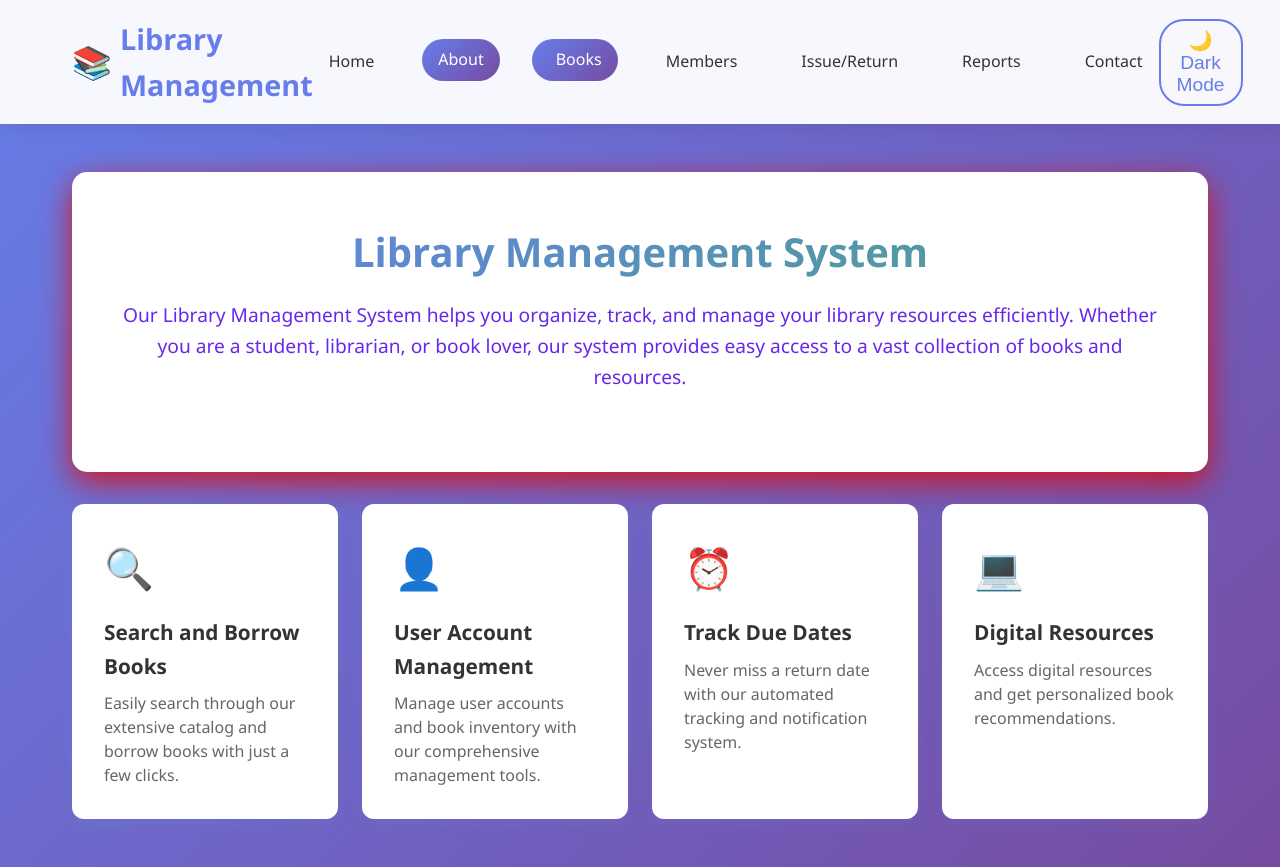
Repository: Manilamagar/learningnodejs
Page: http://localhost/
The author's editor kept a copy of each file at every save. The page is drawn from the files as they stood at one save, then again after a run of saves.
The browser window is 1280 px wide. The pictures show the whole page.
The page is served by the project's Node server (app.js).

Above is the page before, as saved 2025-05-28 12:54:06.
Console error: TypeError: Cannot read properties of null (reading 'addEventListener')

### views/home.ejs
<link rel="stylesheet" href="public/css/navigation.css">


<style>
    .main-content {
            max-width: 1200px;
            margin: 2rem auto;
            padding: 0 2rem;
        }

        .hero-section {
            background: white;
            padding: 3rem;
            border-radius: 15px;
            box-shadow: 0 10px 30px #e00909db;
            margin-bottom: 2rem;
            text-align: center;
        }

        body.dark-mode .hero-section {
            background: #eef1f2;
        }

        .hero-title {
            font-size: 2.5rem;
            margin-bottom: 1rem;
            background: linear-gradient(135deg, #667eea 0%, #4ba28c 100%);
            -webkit-background-clip: text;
            -webkit-text-fill-color: transparent;
            background-clip: text;
        }

        .hero-description {
            font-size: 1.2rem;
            color: #560ee6e4;
            line-height: 1.6;
            margin-bottom: 2rem;
        }

        body.dark-mode .hero-description {
            color: #de37c8e0;
        }

        .features-grid {
            display: grid;
            grid-template-columns: repeat(auto-fit, minmax(250px, 1fr));
            gap: 1.5rem;
            margin-top: 2rem;
        }

        .feature-card {
            background: white;
            padding: 2rem;
            border-radius: 12px;
            box-shadow: 0 5px 15px #74d0d514;
            transition: all 0.3s ease;
        }

        body.dark-mode .feature-card {
            background: #764ba2;
        }

        .feature-card:hover {
            transform: translateY(-5px);
            box-shadow: 0 15px 35px rgba(243, 240, 240, 0.15);
        }

        .feature-icon {
            font-size: 2.5rem;
            margin-bottom: 1rem;
            color: #667eea;
        }

        .feature-title {
            font-size: 1.3rem;
            font-weight: bold;
            margin-bottom: 0.5rem;
        }

        .feature-description {
            color: #666;
            line-height: 1.5;
        }

        body.dark-mode .feature-description {
            color: #ccc;
        }

        @media (max-width: 768px) {
            .mobile-toggle {
                display: block;
            }

            .nav-menu {
                position: absolute;
                top: 100%;
                left: 0;
                right: 0;
                background: linear-gradient(135deg, #667eea 0%, #764ba2 100%);
                flex-direction: column;
                padding: 1rem;
                transform: translateY(-100%);
                opacity: 0;
                visibility: hidden;
                transition: all 0.3s ease;
            }

            .nav-menu.active {
                transform: translateY(0);
                opacity: 1;
                visibility: visible;
            }

            .nav-container {
                position: relative;
            }

            .hero-title {
                font-size: 2rem;
            }

            .main-content {
                padding: 0 1rem;
            }

            .hero-section {
                padding: 2rem;
            }
        }
</style>








<%- include('Component/Navigation.ejs') %>
<main class="main-content">
        <section class="hero-section">
            <h1 class="hero-title">Library Management System</h1>
            <p class="hero-description">
                Our Library Management System helps you organize, track, and manage your library resources efficiently.
                Whether you are a student, librarian, or book lover, our system provides easy access to a vast collection of books and resources.
            </p>
        </section>

        <div class="features-grid">
            <div class="feature-card">
                <div class="feature-icon">🔍</div>
                <h3 class="feature-title">Search and Borrow Books</h3>
                <p class="feature-description">Easily search through our extensive catalog and borrow books with just a few clicks.</p>
            </div>

            <div class="feature-card">
                <div class="feature-icon">👤</div>
                <h3 class="feature-title">User Account Management</h3>
                <p class="feature-description">Manage user accounts and book inventory with our comprehensive management tools.</p>
            </div>

            <div class="feature-card">
                <div class="feature-icon">⏰</div>
                <h3 class="feature-title">Track Due Dates</h3>
                <p class="feature-description">Never miss a return date with our automated tracking and notification system.</p>
            </div>

            <div class="feature-card">
                <div class="feature-icon">💻</div>
                <h3 class="feature-title">Digital Resources</h3>
                <p class="feature-description">Access digital resources and get personalized book recommendations.</p>
            </div>
        </div>
    </main>

    <script>
        // Theme toggle functionality
        const themeToggle = document.getElementById('themeToggle');
        const body = document.body;
        const themeIcon = themeToggle.querySelector('i');

        themeToggle.addEventListener('click', () => {
            body.classList.toggle('dark-mode');

            if (body.classList.contains('dark-mode')) {
                themeIcon.className = 'fas fa-sun';
                localStorage.setItem('theme', 'dark');
            } else {
                themeIcon.className = 'fas fa-moon';
                localStorage.setItem('theme', 'light');
            }
        });

        // Load saved theme
        const savedTheme = localStorage.getItem('theme');
        if (savedTheme === 'dark') {
            body.classList.add('dark-mode');
            themeIcon.className = 'fas fa-sun';
        }

        // Mobile menu toggle
        const mobileToggle = document.getElementById('mobileToggle');
        const navMenu = document.getElementById('navMenu');

        mobileToggle.addEventListener('click', () => {
            navMenu.classList.toggle('active');
        });

        // Navigation link active state
        const navLinks = document.querySelectorAll('.nav-link');

        navLinks.forEach(link => {
            link.addEventListener('click', (e) => {
                e.preventDefault();

                // Remove active class from all links
                navLinks.forEach(l => l.classList.remove('active'));

                // Add active class to clicked link
                link.classList.add('active');

                // Close mobile menu if open
                navMenu.classList.remove('active');
            });
        });
    </script>

### views/Component/Navigation.ejs

   <style>
        * {
            margin: 0;
            padding: 0;
            box-sizing: border-box;
        }

        body {
            font-family: 'Segoe UI', Tahoma, Geneva, Verdana, sans-serif;
            line-height: 1.6;
            color: #333;
            background: linear-gradient(135deg, #667eea 0%, #764ba2 100%);
            min-height: 100vh;
        }

        /* Navigation Bar */
        .navbar {
            background: rgba(255, 255, 255, 0.95);
            backdrop-filter: blur(10px);
            padding: 1rem 0;
            box-shadow: 0 2px 20px rgba(0, 0, 0, 0.1);
            position: sticky;
            top: 0;
            z-index: 1000;
        }

        .nav-container {
            max-width: 1200px;
            margin: 0 auto;
            display: flex;
            justify-content: space-between;
            align-items: center;
            padding: 0 2rem;
        }

        .logo {
            font-size: 1.8rem;
            font-weight: bold;
            color: #667eea;
            text-decoration: none;
            display: flex;
            align-items: center;
            gap: 0.5rem;
        }

        .logo::before {
            content: "📚";
            font-size: 2rem;
        }

        .nav-links {
            display: flex;
            list-style: none;
            gap: 2rem;
            align-items: center;
        }

        .nav-links a {
            text-decoration: none;
            color: #333;
            font-weight: 500;
            padding: 0.5rem 1rem;
            border-radius: 25px;
            transition: all 0.3s ease;
            position: relative;
        }

        .nav-links a:hover {
            background: linear-gradient(135deg, #667eea, #764ba2);
            color: white;
            transform: translateY(-2px);
        }

        .nav-links a.active {
            background: linear-gradient(135deg, #667eea, #764ba2);
            color: white;
        }

        .theme-toggle {
            background: none;
            border: 2px solid #667eea;
            color: #667eea;
            padding: 0.5rem 1rem;
            border-radius: 25px;
            cursor: pointer;
            font-weight: 500;
            transition: all 0.3s ease;
        }

        .theme-toggle:hover {
            background: #667eea;
            color: white;
        }

        /* Mobile Menu */
        .mobile-menu {
            display: none;
            flex-direction: column;
            cursor: pointer;
        }

        .mobile-menu span {
            width: 25px;
            height: 3px;
            background: #333;
            margin: 3px 0;
            border-radius: 2px;
            transition: 0.3s;
        }

        /* Main Content */
        .main-content {
            max-width: 1200px;
            margin: 0 auto;
            padding: 3rem 2rem;
        }

 </style>



   <!-- Navigation Bar -->
    <nav class="navbar">
        <div class="nav-container">
            <a href="#" class="logo">Library Management</a>

            <ul class="nav-links">
                <li><a href="#" class="">Home</a></li>
                <li><a href="/about" class="nav-link active">About</a></li>
                <li><a href="/books" class="nav-link active"> <i class="fas fa-home"></i>Books</a></li>
                <li><a href="/members"> <i class="fas fa-home"></i>Members</a></li>
                <li><a href="/issue"> <i class="fas fa-home"></i>Issue/Return</a></li>
                <li><a href="/reports"> <i class="fas fa-home"></i>Reports</a></li>
                <li><a href="/contact"> <i class="fas fa-home"></i>Contact</a></li>
            </ul>

            <button class="theme-toggle" id="themeToggle">🌙 Dark Mode</button>

            <div class="mobile-menu" id="mobileMenu">
                <span></span>
                <span></span>
                <span></span>
            </div>
        </div>
    </nav>

### app.js
const express = require ("express")
const app = express()
// const app =require ("express")
app.set ("view engine","ejs")


app.get("/",function(req,res){
    res.render("home")
})
app.get("/about", function(req,res){
res.render("about")
})
app.get("/Navigaion", function(req,res){
    res.render("Components/Navigaion")
})
app.get("/contact",function(req,res){
    res.render("contact")
})


app.listen(3000,function(){
    console.log("Backend has started on port 3000")
})

### public/css/navigation.css
.navbar {
            background: linear-gradient(135deg, #667eea 0%, #764ba2 100%);
            padding: 1rem 2rem;
            box-shadow: 0 4px 6px rgba(0, 0, 0, 0.1);
            position: sticky;
            top: 0;
            z-index: 1000;
        }

        .nav-container {
            display: flex;
            justify-content: space-between;
            align-items: center;
            max-width: 1200px;
            margin: 0 auto;
        }

        .logo {
            display: flex;
            align-items: center;
            font-size: 1.5rem;
            font-weight: bold;
            color: white;
            text-decoration: none;
        }

        .logo-icon {
            margin-right: 0.5rem;
            font-size: 1.8rem;
        }

        .nav-menu {
            display: flex;
            list-style: none;
            gap: 0.5rem;
        }

        .nav-item {
            position: relative;
        }

        .nav-link {
            display: flex;
            align-items: center;
            padding: 0.75rem 1.25rem;
            color: white;
            text-decoration: none;
            border-radius: 8px;
            transition: all 0.3s ease;
            font-weight: 500;
        }

        .nav-link:hover, .nav-link.active {
            background-color: rgba(255, 255, 255, 0.2);
            transform: translateY(-2px);
        }

        .nav-link i {
            margin-right: 0.5rem;
            font-size: 1.1rem;
        }

        .nav-controls {
            display: flex;
            align-items: center;
            gap: 1rem;
        }

        .theme-toggle {
            background: rgba(255, 255, 255, 0.2);
            border: none;
            color: white;
            padding: 0.5rem;
            border-radius: 50%;
            cursor: pointer;
            transition: all 0.3s ease;
            font-size: 1.2rem;
        }

        .theme-toggle:hover {
            background: rgba(255, 255, 255, 0.3);
            transform: rotate(180deg);
        }

        .mobile-toggle {
            display: none;
            background: none;
            border: none;
            color: white;
            font-size: 1.5rem;
            cursor: pointer;
        }

        .main-content {
            max-width: 1200px;
            margin: 2rem auto;
            padding: 0 2rem;
        }

        .hero-section {
            background: white;
            padding: 3rem;
            border-radius: 15px;
            box-shadow: 0 10px 30px rgba(0, 0, 0, 0.1);
            margin-bottom: 2rem;
            text-align: center;
        }

        body.dark-mode .hero-section {
            background: #2a2a2a;
        }

        .hero-title {
            font-size: 2.5rem;
            margin-bottom: 1rem;
            background: linear-gradient(135deg, #667eea 0%, #764ba2 100%);
            -webkit-background-clip: text;
            -webkit-text-fill-color: transparent;
            background-clip: text;
        }

        .hero-description {
            font-size: 1.2rem;
            color: #666;
            line-height: 1.6;
            margin-bottom: 2rem;
        }

        body.dark-mode .hero-description {
            color: #ccc;
        }

        .features-grid {
            display: grid;
            grid-template-columns: repeat(auto-fit, minmax(250px, 1fr));
            gap: 1.5rem;
            margin-top: 2rem;
        }

        .feature-card {
            background: white;
            padding: 2rem;
            border-radius: 12px;
            box-shadow: 0 5px 15px rgba(0, 0, 0, 0.08);
            transition: all 0.3s ease;
        }

        body.dark-mode .feature-card {
            background: #2a2a2a;
        }

        .feature-card:hover {
            transform: translateY(-5px);
            box-shadow: 0 15px 35px rgba(0, 0, 0, 0.15);
        }

        .feature-icon {
            font-size: 2.5rem;
            margin-bottom: 1rem;
            color: #667eea;
        }

        .feature-title {
            font-size: 1.3rem;
            font-weight: bold;
            margin-bottom: 0.5rem;
        }

        .feature-description {
            color: #666;
            line-height: 1.5;
        }

        body.dark-mode .feature-description {
            color: #ccc;
        }

        @media (max-width: 768px) {
            .mobile-toggle {
                display: block;
            }

            .nav-menu {
                position: absolute;
                top: 100%;
                left: 0;
                right: 0;
                background: linear-gradient(135deg, #667eea 0%, #764ba2 100%);
                flex-direction: column;
                padding: 1rem;
                transform: translateY(-100%);
                opacity: 0;
                visibility: hidden;
                transition: all 0.3s ease;
            }

            .nav-menu.active {
                transform: translateY(0);
                opacity: 1;
                visibility: visible;
            }

            .nav-container {
                position: relative;
            }

            .hero-title {
                font-size: 2rem;
            }

            .main-content {
                padding: 0 1rem;
            }

            .hero-section {
                padding: 2rem;
            }
        }

After the next 2 saves:
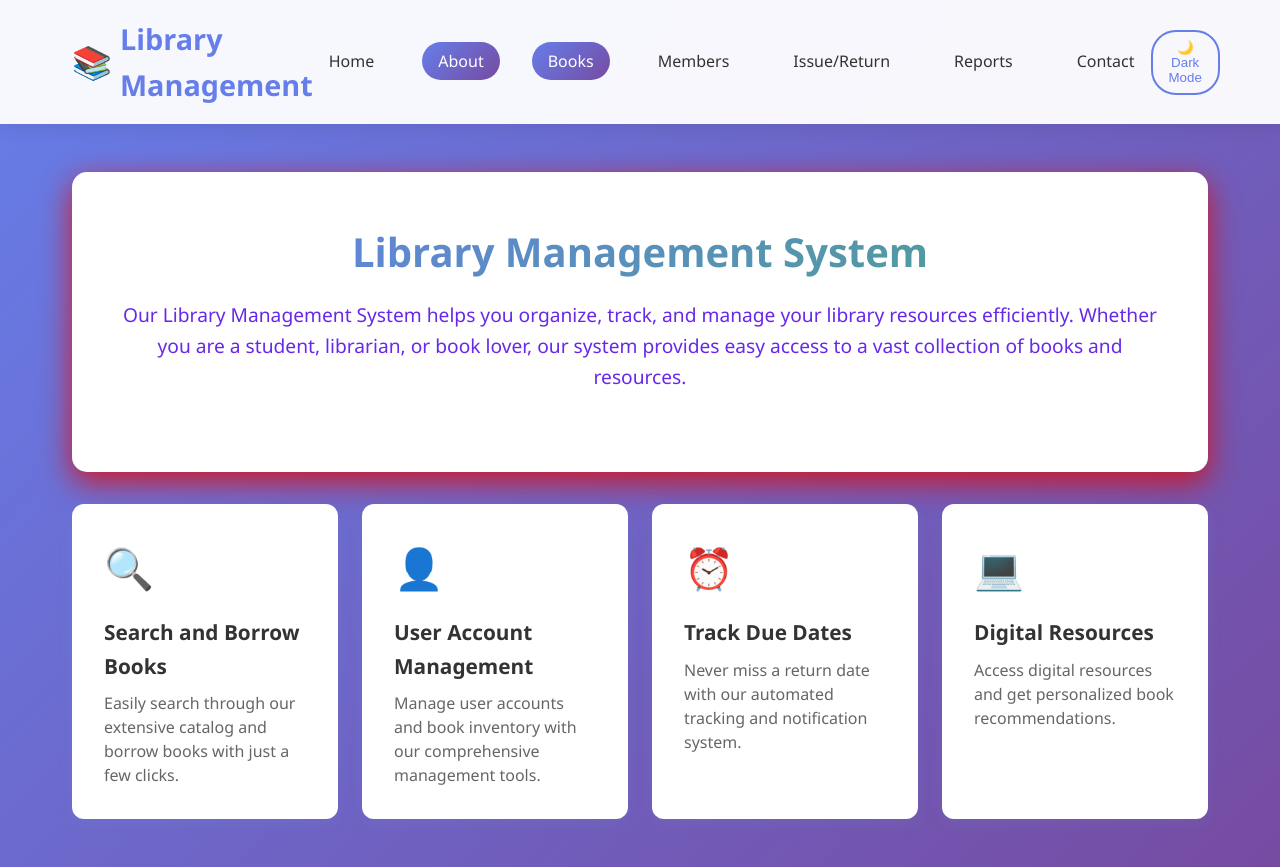
The 2 saves are shown as one change because they came seconds apart.
The last was saved 2 min 14 s later.
--- a/views/home.ejs
+++ b/views/home.ejs
@@ -1,5 +1,3 @@
-<link rel="stylesheet" href="public/css/navigation.css">
-
 
 <style>
     .main-content {
